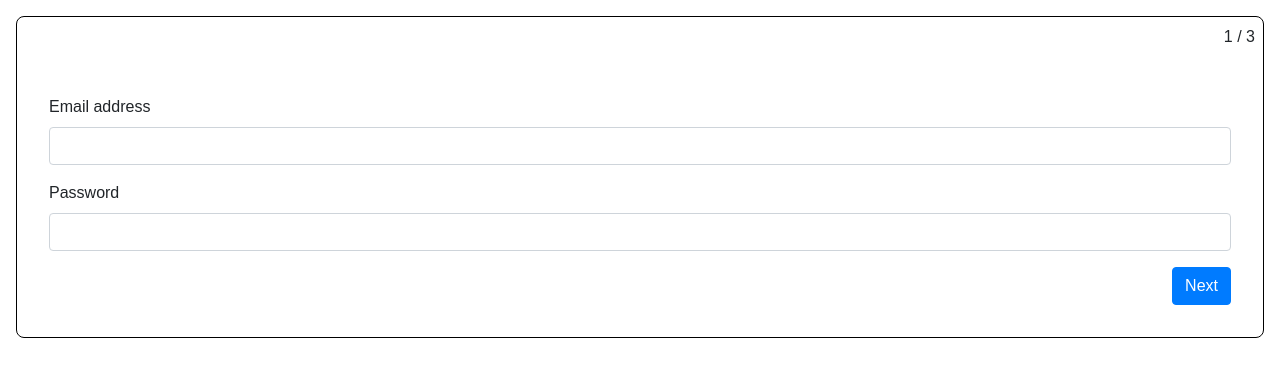
Repository: Aminox84/frontend-main
Page: /
The author's editor kept a copy of each file at every save. The page is drawn from the files as they stood at one save, then again after the next save.
The browser window is 1280 px wide. The pictures show the whole page.
The project was rebuilt for these pictures with package versions that can differ from the ones it lists, and the page was loaded fresh each time. Also part of the build but not shown: src/AddressForm.tsx, src/AccountForm.tsx.

Above is the page before, as saved 2022-12-29 19:41:08.

### public/index.html
<!DOCTYPE html>
<html lang="en">
  <head>
    <meta charset="utf-8" />
    <link rel="icon" href="%PUBLIC_URL%/favicon.ico" />
    <meta name="viewport" content="width=device-width, initial-scale=1" />
    <meta name="theme-color" content="#000000" />
    <meta
      name="description"
      content="Web site created using create-react-app"
    />
    <link rel="apple-touch-icon" href="%PUBLIC_URL%/logo192.png" />

    <link rel="manifest" href="%PUBLIC_URL%/manifest.json" />
    <link rel="stylesheet" href="https://cdn.jsdelivr.net/npm/bootstrap@4.4.1/dist/css/bootstrap.min.css" integrity="sha384-Vkoo8x4CGsO3+Hhxv8T/Q5PaXtkKtu6ug5TOeNV6gBiFeWPGFN9MuhOf23Q9Ifjh" crossorigin="anonymous">

    <title>React App</title>
  </head>
  <body>
    <noscript>You need to enable JavaScript to run this app.</noscript>
    <div id="root"></div>
    <script src="https://code.jquery.com/jquery-3.4.1.slim.min.js" integrity="sha384-J6qa4849blE2+poT4WnyKhv5vZF5SrPo0iEjwBvKU7imGFAV0wwj1yYfoRSJoZ+n" crossorigin="anonymous"></script>
    <script src="https://cdn.jsdelivr.net/npm/popper.js@1.16.0/dist/umd/popper.min.js" integrity="sha384-Q6E9RHvbIyZFJoft+2mJbHaEWldlvI9IOYy5n3zV9zzTtmI3UksdQRVvoxMfooAo" crossorigin="anonymous"></script>
    <script src="https://cdn.jsdelivr.net/npm/bootstrap@4.4.1/dist/js/bootstrap.min.js" integrity="sha384-wfSDF2E50Y2D1uUdj0O3uMBJnjuUD4Ih7YwaYd1iqfktj0Uod8GCExl3Og8ifwB6" crossorigin="anonymous"></script>
  </body>
</html>

### src/App.tsx
import React from 'react';
import { useMultistepForm } from './useMultistepForm';
import { AddressForm } from './AddressForm';
import { AccountForm } from './AccountForm';
import { UserForm } from './userForm';


function App() {


const {steps,currentStepIndex,step,isFirstStep,isLastStep,back,next} = useMultistepForm([<UserForm />,<AddressForm />,<AccountForm />])

  return (
    <div style={{position:"relative",background:"white",border:"1px solid  black",padding:"2rem",margin:"1rem",borderRadius:".5rem",fontFamily:"Arial"}}>
      <form>
       <div style={{position:"absolute",top:".5rem",right:".5rem"}}> {currentStepIndex + 1} / {steps.length}</div>
       {step}
       <div className='d-flex justify-content-end'>
       {!isFirstStep && <button className='btn btn-primary ml-2' type="button" onClick={back}>Back</button>}
       <button type="button" className='btn btn-primary ml-2' onClick={next}>{isLastStep ? "Finish" : "Next"}</button>
       </div>
      </form>
    </div>
  );
}

export default App;

### src/useMultistepForm.ts
import {ReactElement,useState} from 'react'



export function useMultistepForm(steps: ReactElement[]){

const [currentStepIndex, setCurrentStepIndex]=useState(0)

function next(){
setCurrentStepIndex(i=>{
    if ( i > steps.length-1) return i
    return i +1
})
}
function back(){
    setCurrentStepIndex(i=>{
        if ( i <= 0) return i
        return i -1
    })
}
function goTo(index:number){
    setCurrentStepIndex(index);
}





return {
    currentStepIndex,
    step: steps[currentStepIndex],
    steps,
    isFirstStep: currentStepIndex===0,
    isLastStep: currentStepIndex=== steps.length-1,
    goTo,
    next,
    back
}

}

### src/userForm.tsx
export function UserForm() {
  return (
    <>

      <h2 style={{color:"white"}}>PAGE1</h2>

      <form>
        <div className="form-group">
          <label htmlFor="exampleInputEmail1">Email address</label>
          <input
            type="email"
            className="form-control"
            id="exampleInputEmail1"
            aria-describedby="emailHelp"
          />
        </div>
        <div className="form-group">
          <label htmlFor="exampleInputPassword1">Password</label>
          <input
            type="password"
            className="form-control"
            id="exampleInputPassword1"
          />
        </div>
      </form>
    </>
  )
}

Loaded but not shown: src/index.tsx (common file)

After the next save:
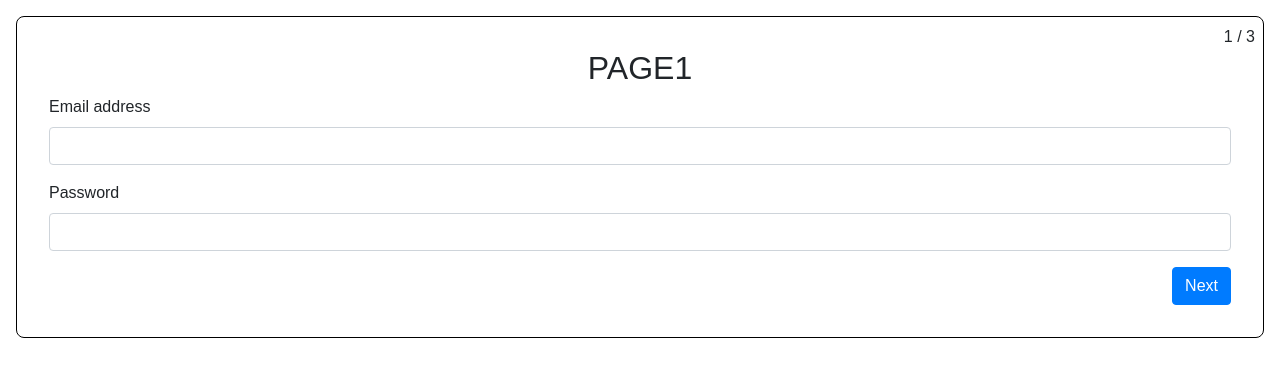
Saved 12 s later.
--- a/src/userForm.tsx
+++ b/src/userForm.tsx
@@ -2,7 +2,7 @@ export function UserForm() {
   return (
     <>
 
-      <h2 style={{color:"white"}}>PAGE1</h2>
+      <h2 style={{textAlign:"center"}}>PAGE1</h2>
 
       <form>
         <div className="form-group">
